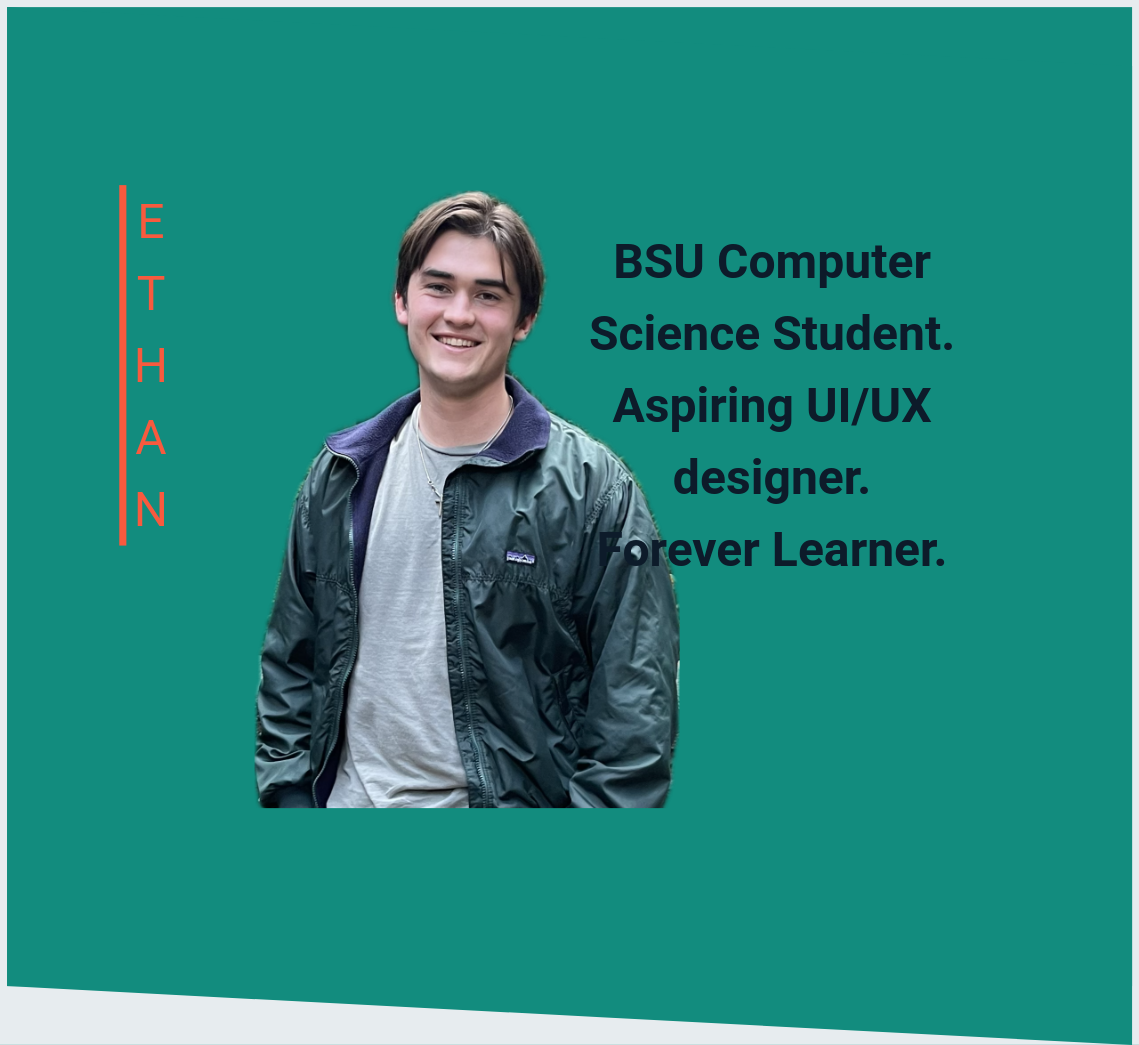
Repository: eghere-bsu/ethanghere-website
Page: home.html
The author's editor kept a copy of each file at every save. The page is drawn from the files as they stood at one save, then again after the next save.
The browser window is 1280 px wide. The pictures show the whole page, at 89% of full size.

Above is the page before, as saved 2023-11-06 21:26:10.

### home.html
<head>
	<link rel="stylesheet" href="styles.css">
</head>

<section class="slanted-div">
<div class="row">
   <div class="column hero-l left">
      <div class="name">
         <span>E</span>
         <span>T</span>
         <span>H</span>
         <span>A</span>
         <span>N</span>
      </div>
   </div>
   <div class="column hero-m middle">
      <img src="assets/me.png" height=700vh alt="A photo of Ethan Ghere">
   </div>
   <div class="column hero-r right">
      <h1>BSU Computer Science Student.<br>
         Aspiring UI/UX designer.<br>
         Forever Learner.</h1>
   </div>
</div>
</section>

### styles.css
/* Global */
* {
   -moz-box-sizing: border-box;
   -webkit-box-sizing: border-box;
   box-sizing: border-box;
 }


html {
   background: #e7ecef;
   color: #0d1b2a;
   font-family: 'Roboto', sans-serif;
   -webkit-font-smoothing: antialiased;
   margin: auto;
}

body {
   color: #0d1b2a;
}

.row {
   display: flex;
   flex-direction: row;
   width: 80%;
   margin: auto;
}

.column {
   float: left;
}

/* Navigation */
.nav a {
	color: #0d1b2a;
	padding: 14px 16px;
	font-size: 24px;
	text-decoration: none;
}

.nav a.active {
	color: #f85a3e;
   text-decoration: underline;
}

/* Footer */
.footer {
   /* position: fixed;
   left: 0;
   bottom: 0; */
   width: 100%;
   background-color: #0d1b2a;
   color: #e7ecef;
   text-decoration: none;
}

/* Homepage */

.hero-l {
   width: 15%;
}

.hero-m {
   width: 30%;
}

.hero-r {
   width: 55%;
   text-align: right;
   font-size: 1.6em;
}

.row:after {
   content: "";
   display: table;
   clear: both;
}

.name {
   color: #f85a3e;
   display: flex;
   flex-direction: column;
   float: left;
   margin: 0;
   font-size: 5em;
   line-height: 1em;
   word-wrap: break-word;
   border-left: 8px solid #f85a3e;
   padding-left: 8px;
}

#stripes {
	height: 100vh;
	background: #0d1b2a;
	clip-path: polygon(0 77%, 0% 100%, 100% 100%);
}

/* bumper.html */
/* angled div */
.slanted-div {
   position: relative;
   padding: 200px 0;
   background: #128c7e;
   overflow: visible;
   z-index: 1;
 }

 /* where the magic happens */
 .slanted-div:after {
   content: '';
   width: 100%;
   height: 100%;
   position: absolute;
   background: inherit;
   z-index: -1;
   bottom: 0;
   transform-origin: left bottom;
   transform: skewY(3deg);
 }

 /* displays the content inside, as these settings in the parent breaks the effect */
 .slanted-div div {
   text-align: center;
   font-size: 1.5em;
   line-height: 1.5;
 }

/* dev.php */

After the next save:
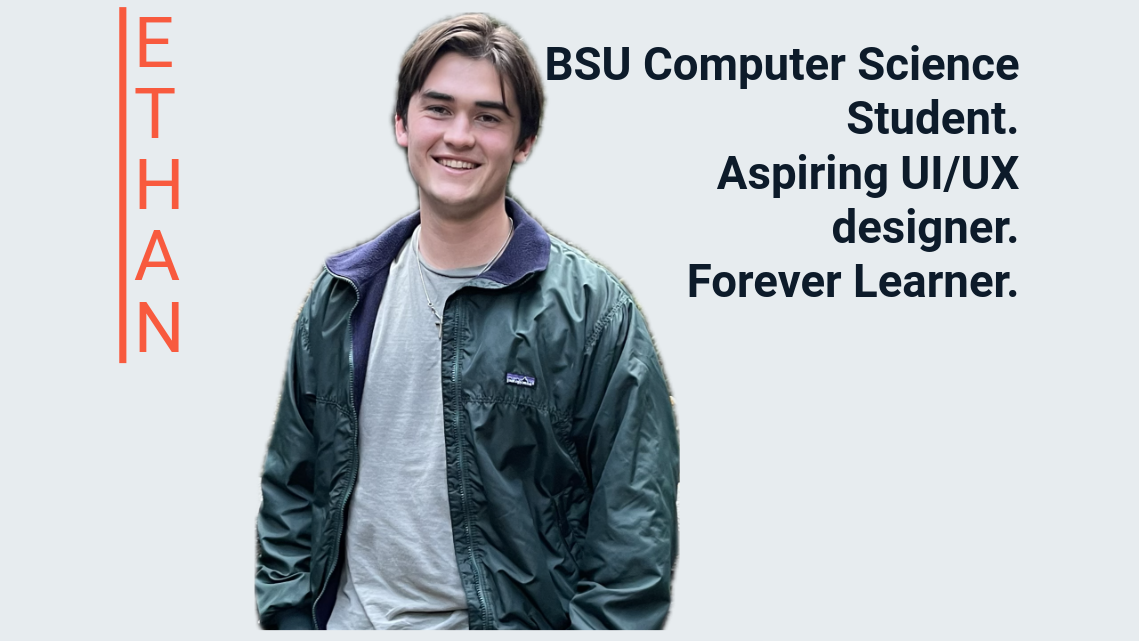
Saved 12 s later.
--- a/home.html
+++ b/home.html
@@ -2,7 +2,6 @@
 	<link rel="stylesheet" href="styles.css">
 </head>
 
-<section class="slanted-div">
 <div class="row">
    <div class="column hero-l left">
       <div class="name">
@@ -22,4 +21,3 @@
          Forever Learner.</h1>
    </div>
 </div>
-</section>
